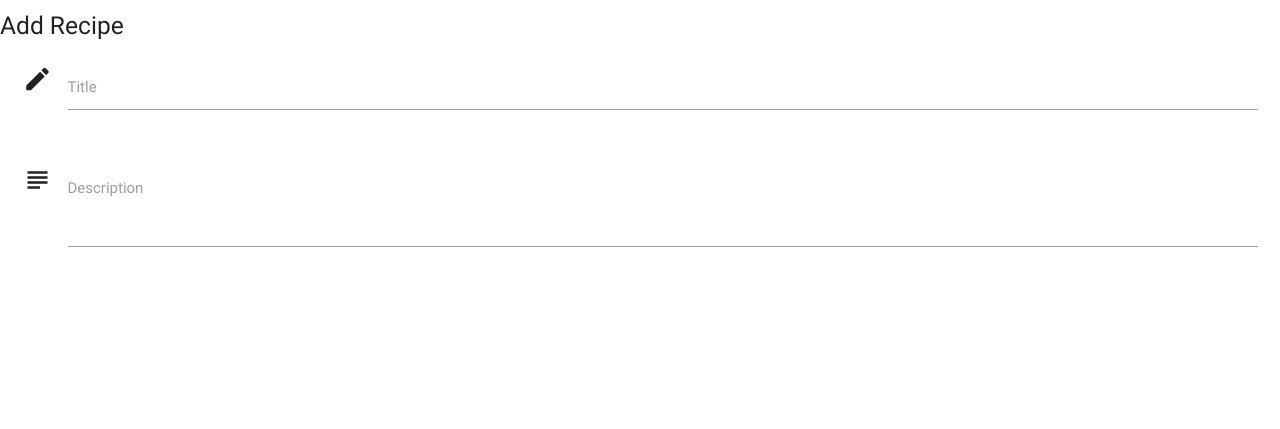
Repository: neillarkin/atari-app
Page: http://localhost/add_recipe
The author's editor kept a record of every edit. The page is drawn from the files as they stood at one moment, then again after the next edit.
The browser window is 1280 px wide. The pictures show the whole page.
The page is served by the project's application, run on Flask 3 (run.py). Queries for data that is not in the repository find no rows.

Above is the page before.

After the next edit:
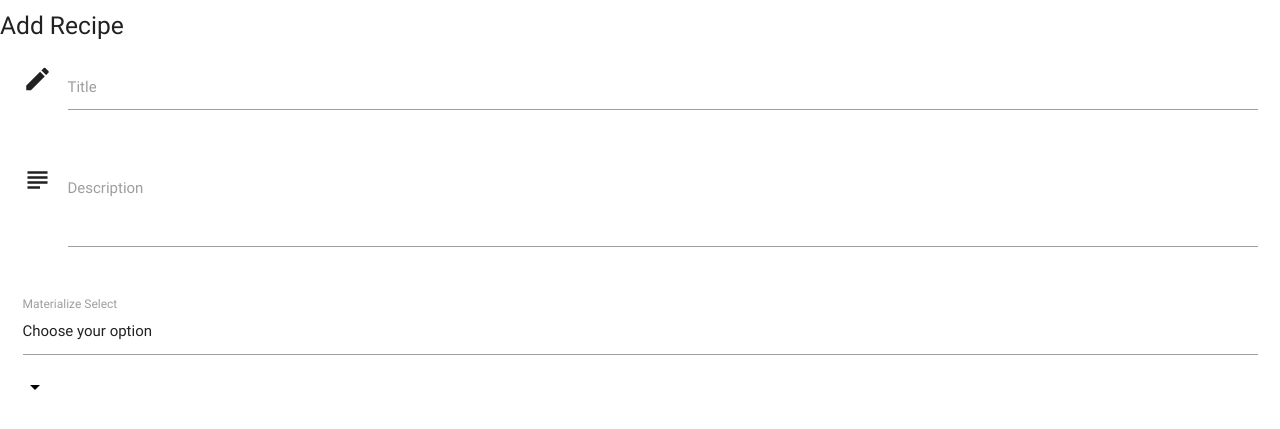
The edit:
--- a/templates/add_recipe.html
+++ b/templates/add_recipe.html
@@ -2,7 +2,7 @@
 
 <h5>Add Recipe</h5>
 <div class="row">
-  <form class="col s12">
+  <form action="" method="POST" class="col s12">
 
     <div class="row">
       <div class="input-field col s12">
@@ -19,6 +19,15 @@
       </div>
     </div>
     <div class="row">
+      <div class="input-field col s12">
+        <select>
+      <option value="" disabled selected>Choose your option</option>
+      <option value="1">Option 1</option>
+      <option value="2">Option 2</option>
+      <option value="3">Option 3</option>
+    </select>
+        <label>Materialize Select</label>
+      </div>
     </div>
 </div>
 </form>
